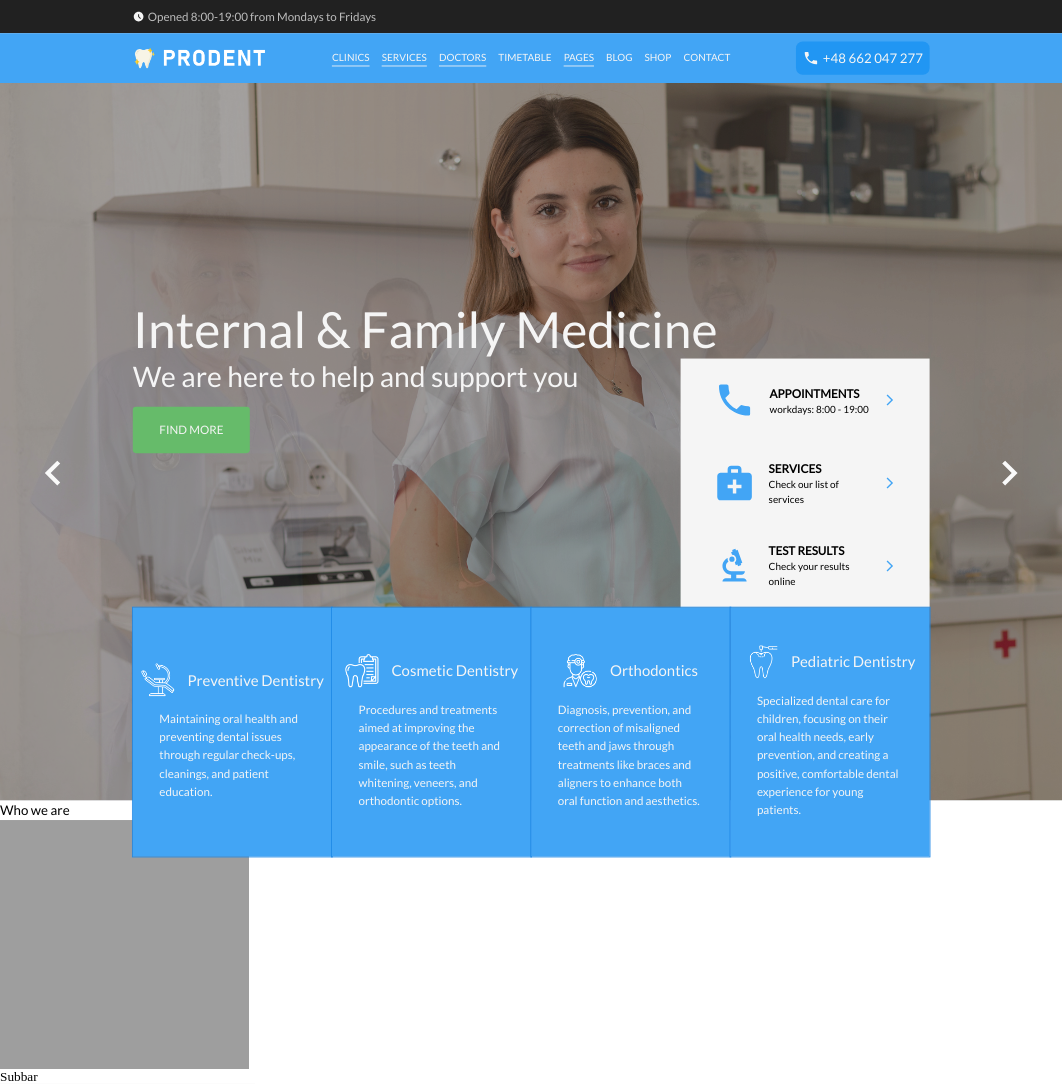
Repository: princ3-web/8
Page: /
An editor plug-in stored every save of this project. The page is shown before and after the next save, followed by the edit.
The browser window is 1280 px wide. The pictures show the whole page, at 83% of full size.
Pictures or frames that could not be fetched are drawn as grey boxes. The project was rebuilt for these pictures with package versions that can differ from the ones it lists, and the page was loaded fresh each time. Also part of the build but not shown: vite.config.js, src/subpages/About.jsx, src/index.css.

Above is the page before, as saved 2023-11-02 15:11:59.

### index.html
<!doctype html>
<html lang="en">
  <head>
    <meta charset="UTF-8" />
    <link rel="icon" type="image/svg+xml" href="/vite.svg" />
    <meta name="viewport" content="width=device-width, initial-scale=1.0" />
    <title>Vite + React</title>
    <link rel="preconnect" href="https://fonts.googleapis.com">
    <link rel="preconnect" href="https://fonts.gstatic.com" crossorigin>
    <link href="https://fonts.googleapis.com/css2?family=Lato&display=swap" rel="stylesheet">
  </head>
  <body>
    <div id="root"></div>
    <script type="module" src="/src/main.jsx"></script>
  </body>
</html>

### src/App.jsx
import "./App.css";
import { Box } from "@mui/material";
import { Route, Routes } from "react-router-dom";
import Home from "./subpages/Home";
import About from "./subpages/About";
import Navbar from "./components/Navbar";
import Subbar from "./components/Subbar";
import { createTheme, ThemeProvider } from "@mui/material/styles";

function App() {

  const theme = createTheme({
    typography: {
      fontFamily: "Lato, sans-serif",
    },
  });



  return (
    <ThemeProvider theme={theme}>
    <Box>

      <Navbar />

      <Routes>
        <Route path="/" element={<Home />} />
        <Route path="/about" element={<About />} />
      </Routes>
      <Subbar />
    </Box>
    </ThemeProvider>
  );
}

export default App;

### src/App.css
body {
  padding: 0;
  margin: 0;
  overflow-x: "hidden";
}

### src/subpages/Home.jsx
import React, { useEffect, useState } from "react";
import { Box, CardMedia, Typography, Button, Fade } from "@mui/material";
import image1 from "../assets/images/1.jpg";
import image2 from "../assets/images/2.jpg";
import image3 from "../assets/images/3.jpg";
import image4 from "../assets/images/4.jpg";
import { green, grey, blue } from "@mui/material/colors";
import PhoneIcon from "@mui/icons-material/Phone";
import MedicalServicesIcon from "@mui/icons-material/MedicalServices";
import BiotechIcon from "@mui/icons-material/Biotech";
import ArrowForwardIosIcon from "@mui/icons-material/ArrowForwardIos";
import icon1 from "../assets/icons/1.png";
import icon2 from "../assets/icons/2.png";
import icon3 from "../assets/icons/3.png";
import icon4 from "../assets/icons/4.png";
import SingleCarousel from "../components/SingleCarousel";

const Menu = () => {
  const items0 = [
    {
      title: "Preventive Dentistry",
      text: "Maintaining oral health and preventing dental issues through regular check-ups, cleanings, and patient education.",
      icon: icon1,
    },
    {
      title: "Cosmetic Dentistry",
      text: "Procedures and treatments aimed at improving the appearance of the teeth and smile, such as teeth whitening, veneers, and orthodontic options.",
      icon: icon2,
    },
    {
      title: "Orthodontics",
      text: "Diagnosis, prevention, and correction of misaligned teeth and jaws through treatments like braces and aligners to enhance both oral function and aesthetics.      ",
      icon: icon3,
    },
    {
      title: "Pediatric Dentistry",
      text: "Specialized dental care for children, focusing on their oral health needs, early prevention, and creating a positive, comfortable dental experience for young patients.      ",
      icon: icon4,
    },
  ];

  const items1 = [
    {
      title: "APPOINTMENTS",
      text: "workdays: 8:00 - 19:00",
      icon: <PhoneIcon sx={{ color: blue[400], fontSize: "50px", mr: "1rem" }} />,
    },
    {
      title: "SERVICES",
      text: "Check our list of services",
      icon: <MedicalServicesIcon sx={{ color: blue[400], fontSize: "50px", mr: "1rem" }} />,
    },
    {
      title: "TEST RESULTS",
      text: "Check your results online",
      icon: <BiotechIcon sx={{ color: blue[400], fontSize: "50px", mr: "1rem" }} />,
    },
  ];

  return (
    <Box
      sx={{
        position: "absolute",
        display: "flex",
        flexDirection: "column",
        alignItems: "flex-end",
        boxSizing: "border-box",
        top: "60%",
        px: "160px",
        width: "100%",
      }}
    >
      <Box
        sx={{
          display: "flex",
          flexDirection: "column",
          justifyContent: "space-evenly",
          alignItems: "center",
          backgroundColor: grey[100],
          width: "300px",
          height: "300px",
        }}
      >
        {items1.map((item) => (
          <Box
            sx={{
              display: "flex",
              alignItems: "center",
              justifyContent: "space-between",
              width: "100%",
              height: "33%",
              boxSizing: "border-box",
              px: "40px",
              transition: "0.25s",
              ":hover": {
                backgroundColor: grey[300],
                cursor: "pointer",
              },
            }}
          >
            {item.icon}
            <Box>
              <Typography sx={{ fontSize: "14px", fontWeight: 600 }}>{item.title}</Typography>
              <Typography sx={{ fontSize: "12px" }}>{item.text}</Typography>
            </Box>
            <ArrowForwardIosIcon sx={{ color: blue[400], fontSize: "16px", ml: "1rem" }} />
          </Box>
        ))}
      </Box>
      <Box sx={{ display: "flex", width: "100%" }}>
        {items0.map((item) => (
          <Box
            sx={{
              display: "flex",
              flexDirection: "column",
              justifyContent: "center",
              alignItems: "center",
              backgroundColor: blue[400],
              width: "300px",
              height: "300px",
              outline: "1px solid " + blue[600],
              transition: "0.25s",
              ":hover": {
                backgroundColor: blue[500],
                cursor: "pointer",
              },
            }}
          >
            <Box sx={{ display: "flex", alignItems: "center", mb: "1rem" }}>
              <CardMedia
                component="img"
                src={item.icon}
                alt=""
                sx={{ width: "40px", mr: "1rem" }}
              />
              <Typography color={grey[100]} sx={{ fontSize: "18px" }}>
                {item.title}
              </Typography>
            </Box>
            <Typography color={grey[100]} variant="subtitle2" sx={{ px: "2rem" }}>
              {item.text}
            </Typography>
          </Box>
        ))}
      </Box>
    </Box>
  );
};

const Home = () => {
  const items0 = [
    {
      title: "Preventive Dentistry",
      text: "Maintaining oral health and preventing dental issues through regular check-ups, cleanings, and patient education.",
      icon: icon1,
    },
    {
      title: "Cosmetic Dentistry",
      text: "Procedures and treatments aimed at improving the appearance of the teeth and smile, such as teeth whitening, veneers, and orthodontic options.",
      icon: icon2,
    },
    {
      title: "Orthodontics",
      text: "Diagnosis, prevention, and correction of misaligned teeth and jaws through treatments like braces and aligners to enhance both oral function and aesthetics.      ",
      icon: icon3,
    },
    {
      title: "Pediatric Dentistry",
      text: "Specialized dental care for children, focusing on their oral health needs, early prevention, and creating a positive, comfortable dental experience for young patients.      ",
      icon: icon4,
    },
  ];

  const items1 = [
    {
      title: "APPOINTMENTS",
      text: "workdays: 8:00 - 19:00",
      icon: <PhoneIcon sx={{ color: blue[400], fontSize: "50px", mr: "1rem" }} />,
    },
    {
      title: "SERVICES",
      text: "Check our list of services",
      icon: <MedicalServicesIcon sx={{ color: blue[400], fontSize: "50px", mr: "1rem" }} />,
    },
    {
      title: "TEST RESULTS",
      text: "Check your results online",
      icon: <BiotechIcon sx={{ color: blue[400], fontSize: "50px", mr: "1rem" }} />,
    },
  ];

  const [currentImageIndex, setCurrentImageIndex] = useState(0);

  useEffect(() => {
    const interval = setInterval(() => {
      const nextIndex = (currentImageIndex + 1) % images.length;
      setCurrentImageIndex(nextIndex);
    }, 4000);

    return () => {
      clearInterval(interval);
    };
  }, [currentImageIndex]);

  const images = [image1, image2, image3, image4];

  return (
    <Box>
      <SingleCarousel images={images} />

      <Box sx={{ position: "absolute", top: "50%", left: "160px", zIndex: 1 }}>
        <Typography variant="h2" sx={{ color: grey[100] }}>
          Internal & Family Medicine
        </Typography>
        <Typography variant="h4" sx={{ color: grey[100] }}>
          We are here to help and support you
        </Typography>
        <Button
          sx={{
            backgroundColor: green[400],
            color: grey[100],
            py: "1rem",
            px: "2rem",
            mt: "1rem",
            "&:hover": {
              backgroundColor: green[700],
              cursor: "pointer",
            },
          }}
        >
          FIND MORE
        </Button>
      </Box>
      <Menu />
      <Box>
        <Typography>Who we are</Typography>
        <Box>
          <CardMedia component="img" src="image1" alt="" sx={{width:"300px", height:"300px"}}/>
          <Box>

          </Box>
        </Box>
      </Box>
    </Box>
  );
};

export default Home;

### src/components/Navbar.jsx
import React from "react";
import { Box, Typography, CardMedia, Menu, MenuItem } from "@mui/material";
import { blue, grey } from "@mui/material/colors";
import PhoneIcon from "@mui/icons-material/Phone";
import AccessTimeFilledIcon from "@mui/icons-material/AccessTimeFilled";
import logo from "../assets/icons/logo.png";

const Navbar = () => {
  const items = [
    { name: "CLINICS", items: ["Dental Clinic 1", "Dental Clinic 2", "Dental Clinic 3"] },
    { name: "SERVICES", items: ["Orthodontics", "Cosmetic Dentistry", "Preventive Dentistry"] },
    { name: "DOCTORS", items: ["Dentist 1", "Dentist 2", "Dentist 3"] },
    { name: "TIMETABLE", items: [] },
    { name: "PAGES", items: ["Home Page", "About Us", "Services Page"] },
    { name: "BLOG", items: [] },
    { name: "SHOP", items: [] },
    {
      name: "CONTACT",
      items: [],
    },
  ];

  const handleMenuItemHover = (event, index) => {
    const dropdownMenu = event.currentTarget.querySelector(".dropdown-menu");
    if (dropdownMenu) {
      dropdownMenu.style.visibility = "visible";
      dropdownMenu.style.filter = "opacity(1)";
    }
  };

  const handleMenuItemLeave = (event) => {
    const dropdownMenu = event.currentTarget.querySelector(".dropdown-menu");
    if (dropdownMenu) {
      dropdownMenu.style.visibility = "hidden";
      dropdownMenu.style.filter = "opacity(0)";
    }
  };

  return (
    <Box sx={{ position: "relative", zIndex: 2 }}>
      <Box
        sx={{
          display: "flex",
          alignItems: "center",
          height: "40px",
          width: "100%",
          backgroundColor: grey[900],
          pl: "160px",
          boxSizing: "border-box",
        }}
      >
        <AccessTimeFilledIcon sx={{ color: grey[100], fontSize: "14px", mr: "0.25rem" }} />
        <Typography color={grey[400]} variant="subtitle2">
          Opened 8:00-19:00 from Mondays to Fridays
        </Typography>
      </Box>
      <Box
        sx={{
          display: "flex",
          justifyContent: "space-between",
          alignItems: "center",
          boxSizing: "border-box",
          px: "160px",
          backgroundColor: blue[400],
          height: "60px",
        }}
      >
        <Box>
          <CardMedia component="img" src={logo} alt="" sx={{ height: "30px" }} />
        </Box>
        <Box
          sx={{
            display: "flex",
            justifyContent: "space-between",
            alignItems: "center",
            width: "50%",
            height: "100%",
          }}
        >
          {items.map((item, index) => (
            <Box
              key={index}
              onMouseEnter={(e) => handleMenuItemHover(e, index)}
              onMouseLeave={handleMenuItemLeave}
              sx={{ display: "flex", alignItems: "center", height: "100%" }}
            >
              <Typography
                sx={{
                  color: grey[100],
                  textDecoration: item.items.length < 1 ? "none" : "underline",
                  textUnderlineOffset:"5px",
                  fontSize: "12px",
                  ":hover": { cursor: "pointer", color: blue[100] },
                }}
              >
                {item.name}
              </Typography>
              <Box
                className="dropdown-menu"
                sx={{
                  visibility: "hidden",
                  position: "absolute",
                  backgroundColor: grey[100],
                  transition: "0.5s",
                  filter: "opacity(0)",
                  fontSize: "12px",
                  mt: "190px",
                  ml: "-10px",
                  py:"0.5rem",
                }}
              >
                {item.items.map((item) => (

                  <MenuItem sx={{ fontSize: "12px", p:"1rem", pr:"7rem" }}>{item}</MenuItem>
                ))}
              </Box>
            </Box>
          ))}
        </Box>
        <Box
          sx={{
            display: "flex",
            alignItems: "center",
            p: "0.5rem",
            borderRadius: ".5rem",
            backgroundColor: blue[500],
          }}
        >
          <PhoneIcon sx={{ color: grey[100], fontSize: "20px", mr: "0.25rem" }} />
          <Typography color={grey[100]}>+48 662 047 277</Typography>
        </Box>
      </Box>
    </Box>
  );
};

export default Navbar;

### src/components/Subbar.jsx
import React from 'react'

const Subbar = () => {
  return (
    <div>Subbar</div>
  )
}

export default Subbar

### src/components/SingleCarousel.jsx
import React, { useState, useEffect } from "react";
import KeyboardArrowLeftIcon from "@mui/icons-material/KeyboardArrowLeft";
import KeyboardArrowRightIcon from "@mui/icons-material/KeyboardArrowRight";
import IconButton from "@mui/material/IconButton";
import Box from "@mui/material/Box";
import { grey } from "@mui/material/colors";
import { CardMedia } from "@mui/material";

const SingleCarousel = ({ images }) => {
  const [index, setIndex] = useState(0);
  const [transition, setTransition] = useState(false);
  const [hover, setHover] = useState(false);

  useEffect(() => {
    const interval = setInterval(() => {
      setIndex((state) => (state === images.length - 1 ? 0 : state + 1));
    }, 5000);

    return () => {
      clearInterval(interval);
    };
  }, [hover]);

  const handlePrevious = () => {
    if (!transition) {
      setTransition(true);
      setIndex((state) => (state > 0 ? setIndex(state - 1) : setIndex(images.length - 1)));
      setTimeout(() => setTransition(false), 500);
    }
  };

  const handleNext = () => {
    if (!transition) {
      setTransition(true);
      setIndex((state) => (state < images.length - 1 ? setIndex(state + 1) : setIndex(0)));
      setTimeout(() => setTransition(false), 500);
    }
  };

  return (
    <Box height={"120vh"} sx={{ position: "relative", overflow: "hidden", backgroundColor: grey[900] }}>
      {images.map((item, n) => (
        <Box
          sx={{
            position: "absolute",
            justifyContent: "center",
            alignContent: "center",
            width: "100%",
            height: "100%",
            transition: "2s",
            filter: n === index ? "Opacity(1)" : "Opacity(0)",
          }}
        >
          <CardMedia
            component="img"
            src={item}
            sx={{ height: "100%", filter: "brightness(0.8)" }}
          />

        </Box>
      ))}
      <Box
        sx={{
          position: "absolute",
          display: "flex",
          justifyContent: "space-between",
          width: "96%",
          left: "2%",
          top: "50%",
        }}
      >
        <IconButton
          onClick={handlePrevious}
          onMouseOver={() => setHover(true)}
          onMouseLeave={() => setHover(false)}
        >
          <KeyboardArrowLeftIcon style={{ color: grey[50], zIndex: 10, fontSize: 60 }} />
        </IconButton>
        <IconButton
          onClick={handleNext}
          onMouseOver={() => setHover(true)}
          onMouseLeave={() => setHover(false)}
        >
          <KeyboardArrowRightIcon style={{ color: grey[50], zIndex: 10, fontSize: 60 }} />
        </IconButton>
      </Box>
    </Box>
  );
};

export default SingleCarousel;

Loaded but not shown: src/main.jsx (common file); src/index.css (no copy from this time; the picture is the same without it)

After the next save:
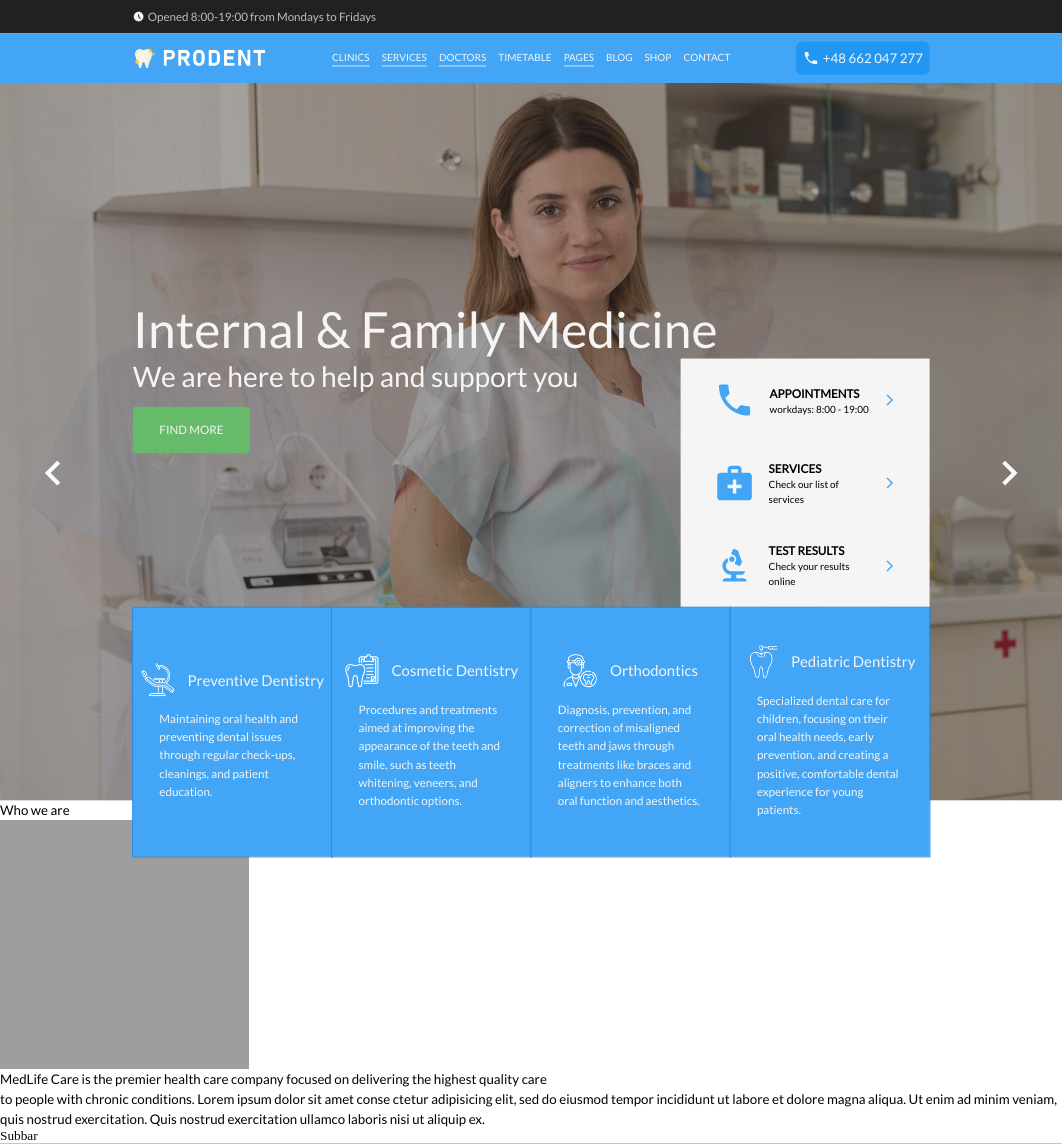
Saved 10 s later.
--- a/src/subpages/Home.jsx
+++ b/src/subpages/Home.jsx
@@ -237,10 +237,14 @@ const Home = () => {
         <Box>
           <CardMedia component="img" src="image1" alt="" sx={{width:"300px", height:"300px"}}/>
           <Box>
-
+          <Typography>
+              MedLife Care is the premier health care company focused on delivering the highest
+              quality care
+            </Typography>
+          </Box>
+            <Typography>to people with chronic conditions. Lorem ipsum dolor sit amet conse ctetur adipisicing elit, sed do eiusmod tempor incididunt ut labore et dolore magna aliqua. Ut enim ad minim veniam, quis nostrud exercitation. Quis nostrud exercitation ullamco laboris nisi ut aliquip ex.</Typography>
           </Box>
         </Box>
-      </Box>
     </Box>
   );
 };
